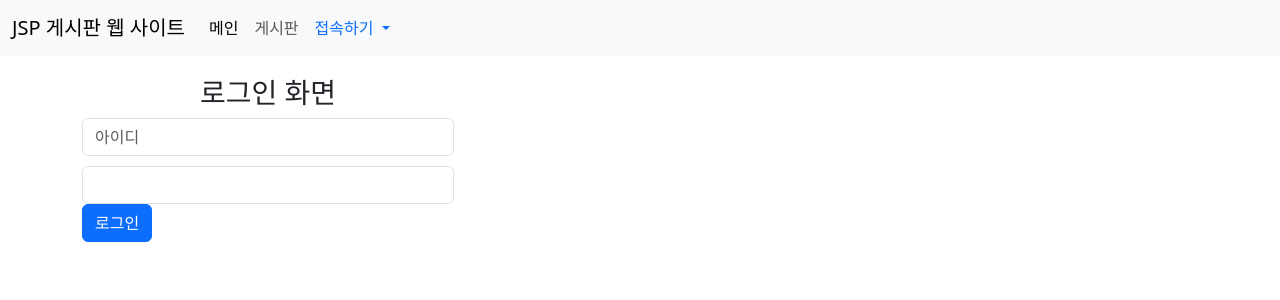
Repository: jeongjimin0/Jeongjimin
Page: http://localhost/WebTest/login.jsp
These files come from the project's save history. The page is drawn as it stood at one moment and after the next save; the edit follows.
The browser window is 1280 px wide. The pictures show the whole page.
The page is served by Tomcat 9. Other server files are loaded and not shown.

Above is the page before, as saved 2023-02-27 14:22:06.

### projects/WebTest/src/main/webapp/login.jsp
<%@ page language="java" contentType="text/html; charset=UTF-8"
    pageEncoding="UTF-8"%>
<!DOCTYPE html>
<html>
<head>
<meta charset="UTF-8">
<meta name="viewport" content="width=device-width", initial-scale="1">
<link rel="stylesheet" href="css/bootstrap.css">
<title>JSP 게시판 웹 사이트</title>
</head>
<body>
<nav class="navbar navbar-expand-lg bg-body-tertiary">
  <div class="container-fluid">
    <a class="navbar-brand">JSP 게시판 웹 사이트</a>
    <div class="collapse navbar-collapse" id="navbarSupportedContent">
      <ul class="navbar-nav me-auto mb-2 mb-lg-0">
        <li class="nav-item">
          <a class="nav-link active" aria-current="page" href="#">메인</a>
        </li>
        <li class="nav-item">
          <a class="nav-link" href="#">게시판</a>
        </li>

        <ul class="nav justify-content-end">
        <li class="dropdown">
          <a class="nav-link dropdown-toggle" href="#" role="button" data-bs-toggle="dropdown" aria-expanded="false">
            접속하기
          </a>
          <ul class="dropdown-menu">
            <li><a class="dropdown-item" href="login.jsp">로그인</a></li>
            <li><a class="dropdown-item" href="join.jsp">회원가입</a></li>
          </ul>
        </li>
      </ul>
    </div>
    </div>
</nav>
<div class="container">
	<div class="col-lg-4"></div>
	<div class="col-lg-4">
		<div class="jumbotron" style="padding-top: 20px;">
			<form method="post" action="loginAction.jsp">
				<h3 style="text-align: center;">로그인 화면</h3>
				<div class="form-group" style="padding-bottom: 10px;">
					<input type="text" class="form-control" placeholder="아이디" name="userID" maxlenth="20">
				</div>
				<div class="form-group">
					<input type="password" class="form-control" plachholder="비밀번호" name="userPW" maxlenth="20">
				</div>
				<input type="submit" class="btn btn-primary from-control" value="로그인">
				</form>
				</div>
				</div>
	<div class="col-lg-4"></div>
</div>

<script src="https://cdn.jsdelivr.net/npm/bootstrap@5.3.0-alpha1/dist/js/bootstrap.bundle.min.js" integrity="sha384-w76AqPfDkMBDXo30jS1Sgez6pr3x5MlQ1ZAGC+nuZB+EYdgRZgiwxhTBTkF7CXvN" crossorigin="anonymous"></script>
</body>
</html>

Loaded but not shown: projects/WebTest/src/main/webapp/css/bootstrap.css (library)

After the next save:
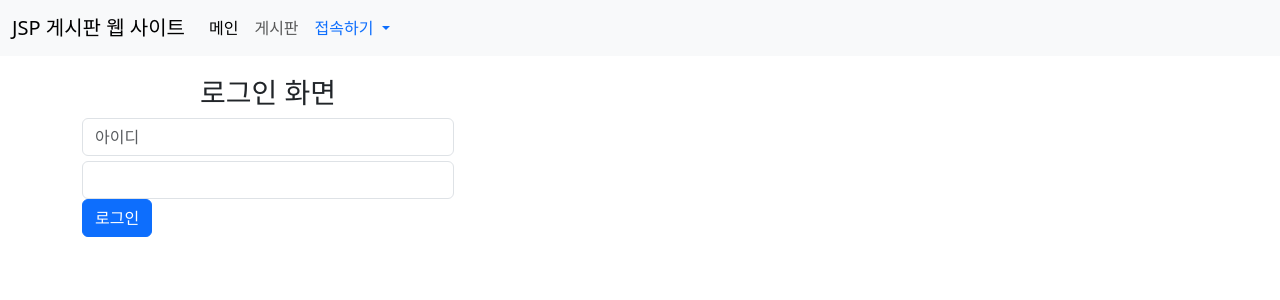
Saved 10 s later.
--- a/projects/WebTest/src/main/webapp/login.jsp
+++ b/projects/WebTest/src/main/webapp/login.jsp
@@ -41,7 +41,7 @@
 		<div class="jumbotron" style="padding-top: 20px;">
 			<form method="post" action="loginAction.jsp">
 				<h3 style="text-align: center;">로그인 화면</h3>
-				<div class="form-group" style="padding-bottom: 10px;">
+				<div class="form-group" style="padding-bottom: 5px;">
 					<input type="text" class="form-control" placeholder="아이디" name="userID" maxlenth="20">
 				</div>
 				<div class="form-group">

After the save that followed:
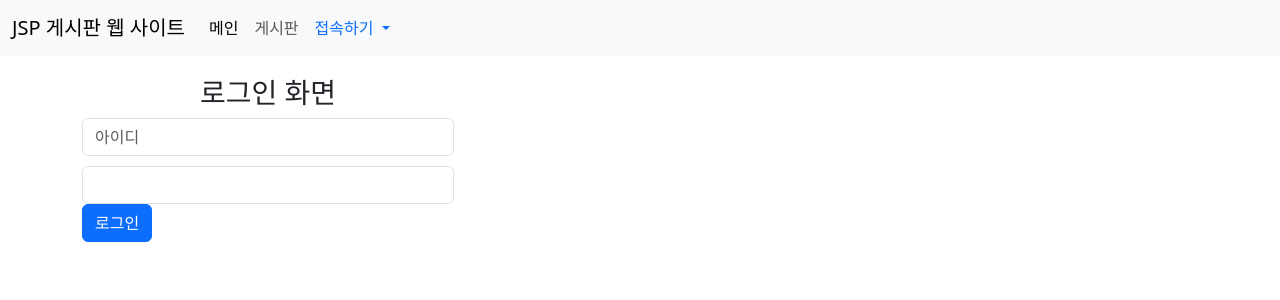
Saved 7 s later.
--- a/projects/WebTest/src/main/webapp/login.jsp
+++ b/projects/WebTest/src/main/webapp/login.jsp
@@ -41,7 +41,7 @@
 		<div class="jumbotron" style="padding-top: 20px;">
 			<form method="post" action="loginAction.jsp">
 				<h3 style="text-align: center;">로그인 화면</h3>
-				<div class="form-group" style="padding-bottom: 5px;">
+				<div class="form-group" style="padding-bottom: 10px;">
 					<input type="text" class="form-control" placeholder="아이디" name="userID" maxlenth="20">
 				</div>
 				<div class="form-group">
